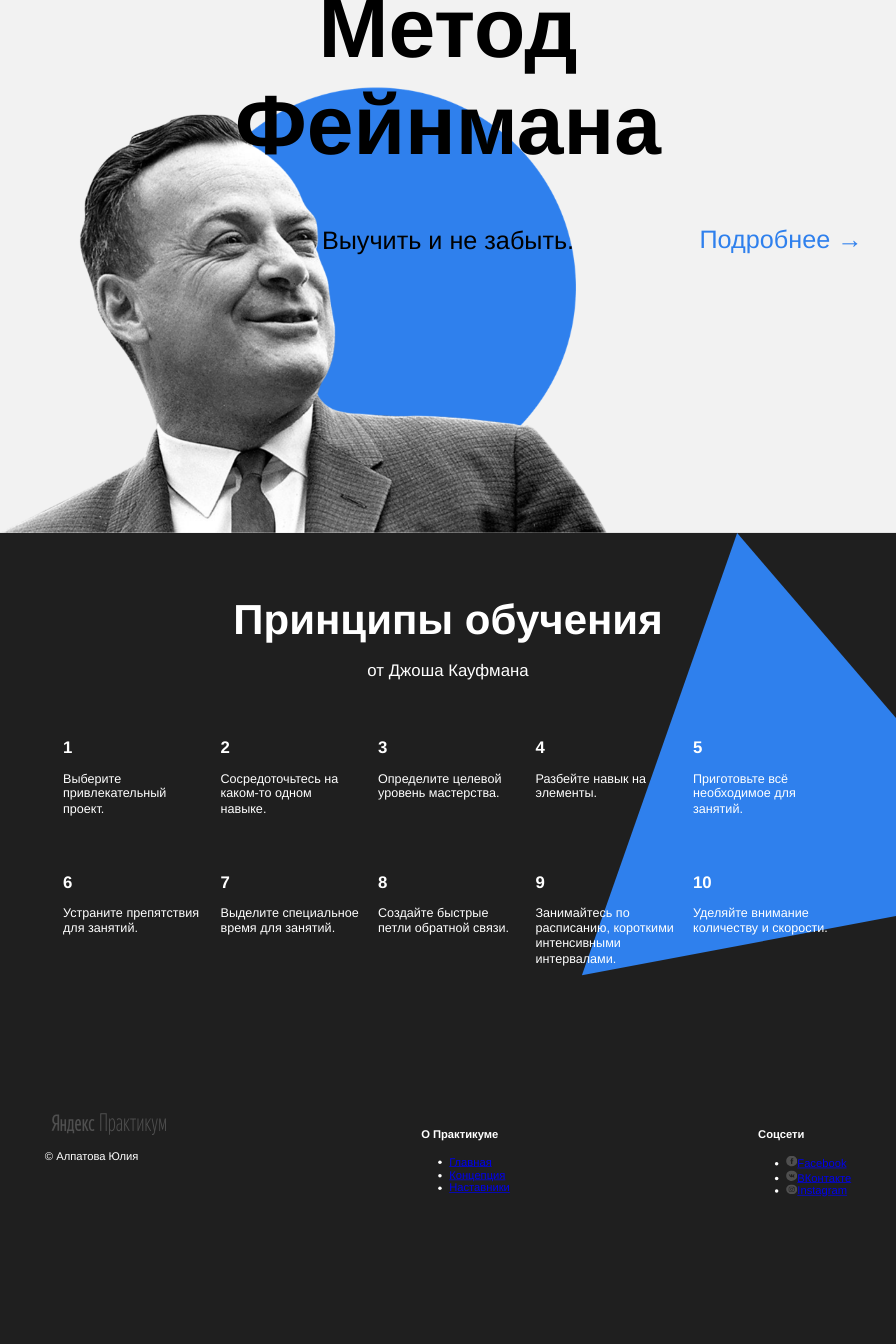
Repository: BlackMothy/how-to-learn
Page: index.html
An editor plug-in stored every save of this project. The page is shown before and after the next save, followed by the edit.
The browser window is 1280 px wide. The pictures show the part of the page from y = 2100 to 4020 px (the page is 4020 px tall), at 70% of full size.

Above is the page before, as saved 2021-11-05 23:59:50.

### index.html
<!DOCTYPE html>
<html lang="ru">

<head>
  <meta charset="UTF-8">
  <meta name="viewport" content="width=device-width, initial-scale=1.0">
  <link rel="stylesheet" type="text/css" href="styles/normalize.css">
  <link rel="stylesheet" type="text/css" href="styles/style.css">
  <title>Научиться учиться</title>
</head>

<body>
  <div class="page">
    <header class="header">

      <img class="logo logo_place_header" src="images/logo_place_header.svg" alt="Лого" title="Лого">


      <h1 class="header__title">
        Научиться учиться
      </h1>

      <div class="header__subtitle">
        Какие современные и эффективные подходы к обучению вы можете использовать в своей жизни? <a class="header__link"
          href="#">Узнать &#8594;</a>
      </div>

      <img class="header__main-illustration" src="images\header-image.png" alt="Картинка главная">

      <div class="header__square-pic"></div>

    </header>
    <main class="content">
      <section class="description">
        <div class="two-columns">
          <h2 class="two-columns__brief">Главные проблемы в обучении</h2>

          <div class="two-columns__main-text">
            <div class="two-columns__paragraph">
              Ни в школе, ни в институте нас не учат тому, как правильно изучать материал. Мы готовимся к экзаменам и
              учим билеты. Мы тренируемся решать однообразные задачи, чтобы лучше сдать тест, но часто в итоге это не
              дает нам реального знания. Зубрежка быстро выветривается и не приносит пользы.
            </div>

            <div class="two-columns__paragraph">
              <span class="two-columns__span-accent">Вывод:</span> учиться тоже нужно уметь, но почему-то этому мало где
              учат. Что с этим делать?
            </div>

            <div class="two-columns__paragraph paragraph_position_last">
              Конкретные техники и упражнения помогают изменить подход к обучению, сделать его эффективным и
              захватывающим. Эти же техники применяются на примере обучения в Практикуме.
            </div>
          </div>
        </div>
      </section>

      <section class="digits">
        <h2 class="section-title">Цифры и факты</h2>

        <h3 class="section-subtitle">Про учёбу и мозг</h3>

        <ul class="table">
          <!-- Первая строка -->
          <li class="table__cell">
            <h4 class="table__heading">86 миллиардов</h4>
            <p class="table__text">
              Число нейронов в мозге человека
            </p>
          </li>

          <li class="table__cell">
            <h4 class="table__heading">2.1 миллиарда</h4>
            <p class="table__text">
              Число нуждающихся в повышении квалификации
            </p>
            <p class="table__text">
              Всемирный Банк, 2017
            </p>
          </li>

          <li class="table__cell">
            <h4 class="table__heading">1000 терабайт</h4>
            <p class="table__text">
              Объём памяти человека
            </p>
          </li>

          <li class="table__cell">
            <h4 class="table__heading">500 триллионов</h4>
            <p class="table__text">
              Число ответственных за обучение нервных синапсов у взрослого человека
            </p>
          </li>
          <!--  -->

          <!-- вторая строка -->
          <li class="table__cell">
            <h4 class="table__heading">420 миллионов</h4>
            <p class="table__text">
              Число взрослых людей моложе 25 лет, не имеющих образования для трудоустройства
            </p>
            <p class="table__text">
              Всемирный Банк, 2017
            </p>
          </li>

          <li class="table__cell">
            <h4 class="table__heading">17–20 лет</h4>
            <p class="table__text">
              Пик обучаемости
            </p>
          </li>

          <li class="table__cell">
            <h4 class="table__heading">1885 год</h4>
            <p class="table__text">
              Открытие кривой забывания
            </p>
          </li>

          <li class="table__cell">
            <h4 class="table__heading">1889 год</h4>
            <p class="table__text">
              Открытие условного рефлекса
            </p>
          </li>
          <!--  -->
        </ul>
      </section>

      <section class="feynman">
        <h2 class="feynman__title">Метод Фейнмана</h2>

        <h3 class="feynman__subtitle">Выучить и не забыть.</h3>

        <a class="feynman__link" href="#">Подробнее &#8594;</a>

        <img class="feynman__img" src="images/feynman.png" alt="Фейнман" title="Фейнман">
      </section>

      <section class="kaufman">
        <h2 class="section-title section-title__theme_dark">Принципы обучения</h2>

        <h3 class="section-subtitle section-subtitle__theme_dark">от Джоша Кауфмана</h3>

        <ul class="table table_theme_dark">
          <!-- Первая строка -->
          <li class="table__cell table__cell_theme_dark">
            <h4 class="table__heading table__heading_theme_dark">1</h4>
            <p class="table__text table__text_theme_dark">
              Выберите привлекательный проект.
            </p>
          </li>

          <li class="table__cell table__cell_theme_dark">
            <h4 class="table__heading table__heading_theme_dark">2</h4>
            <p class="table__text table__text_theme_dark">
              Сосредоточьтесь на каком-то одном навыке.
            </p>
          </li>

          <li class="table__cell table__cell_theme_dark">
            <h4 class="table__heading table__heading_theme_dark">3</h4>
            <p class="table__text table__text_theme_dark">
              Определите целевой уровень мастерства.
            </p>
          </li>

          <li class="table__cell table__cell_theme_dark">
            <h4 class="table__heading table__heading_theme_dark">4</h4>
            <p class="table__text table__text_theme_dark">
              Разбейте навык на элементы.
            </p>
          </li>

          <li class="table__cell table__cell_theme_dark">
            <h4 class="table__heading table__heading_theme_dark">5</h4>
            <p class="table__text table__text_theme_dark">
              Приготовьте всё необходимое для занятий.
            </p>
          </li>
          <!--  -->

          <!-- вторая строка -->
          <li class="table__cell table__cell_theme_dark">
            <h4 class="table__heading table__heading_theme_dark">6</h4>
            <p class="table__text table__text_theme_dark">
              Устраните препятствия для занятий.
            </p>
          </li>

          <li class="table__cell table__cell_theme_dark">
            <h4 class="table__heading table__heading_theme_dark">7</h4>
            <p class="table__text table__text_theme_dark">
              Выделите специальное время для занятий.
            </p>
          </li>

          <li class="table__cell table__cell_theme_dark">
            <h4 class="table__heading table__heading_theme_dark">8</h4>
            <p class="table__text table__text_theme_dark">
              Создайте быстрые петли обратной связи.
            </p>
          </li>

          <li class="table__cell table__cell_theme_dark">
            <h4 class="table__heading table__heading_theme_dark">9</h4>
            <p class="table__text table__text_theme_dark">
              Занимайтесь по расписанию, короткими интенсивными интервалами.
            </p>
          </li>

          <li class="table__cell table__cell_theme_dark">
            <h4 class="table__heading table__heading_theme_dark">10</h4>
            <p class="table__text table__text_theme_dark">
              Уделяйте внимание количеству и скорости.
            </p>
          </li>
          <!--  -->
        </ul>

        <img class="kaufman__triangle" src="images/kaufman-triangle.svg" alt="Треугольник" title="Треугольник">

      </section>
    </main>

    <footer class="footer">
      <div class="footer__columns">
        <div class="footer__column footer__column_content_copyright">
          <img class="logo logo_place_footer" src="images/logo_place_footer.svg" alt="Лого" title="Лого">

          <p class="footer__author">&copy; Алпатова Юлия</p>

        </div>

        <nav class="footer__column footer__column_content_info">
          <h4 class="footer__column-heading">О Практикуме</h4>

          <ul class="footer__column-links">
            <li><a href="#">Главная</a></li>
            <li><a href="#">Концепция</a></li>
            <li><a href="#">Наставники</a></li>
          </ul>
        </nav>

        <nav class="footer__column footer__column_content_social">
          <h4 class="footer__column-heading">Соцсети</h4>

          <ul class="footer__column-links">
            <li><a href="#"><img class="footer__social-icon" src="images/facebook_color_white.svg" alt="Иконка Facebook" title="Facebook">Facebook</a></li>

            <li><a href="#"><img class="footer__social-icon" src="images/vk_color_white.svg" alt="Иконка ВКонтакте" title="ВКонтакте">ВКонтакте</a></li>

            <li><a href="#"><img class="footer__social-icon" src="images/instagram_color_white.svg" alt="Иконка Instagram" title="Instagram">Instagram</a></li>
          </ul>
        </nav>
      </div>

    </footer>

  </div>
</body>

</html>

### styles/style.css
.page {
  min-width: 1100px;
  /* мы ещё не умеем делать мобильную версию сайта, */
  /* поэтому выше установлена минимальная ширина страницы */
  max-width: 1600px;
  /* выше установили ограничение по максимальной ширине */
  margin: 0 auto;
  /* выше для экранов больше 1600px отцентрировали весь контент */
  font-family: 'Helvetica Neue', Arial, sans-serif;

}

/* Стили хедера */
.header {
  height: 100vh;
  min-height: 600px;
  max-height: 756px;
  background-color: #f2f2f2;
  margin: 0;
  padding: 0;
  padding-left: 64px;
  display: flex;
  flex-direction: column;
  justify-content: center;
  position: relative;
  overflow: hidden;
}

.logo {
  width: 183px;
  height: 32px;
}

.logo_place_header {
  position: absolute;
  top: 30px;
  z-index: 2;
}

.header__title {
  width: 730px;
  z-index: 2;
  line-height: 96px;
  font-size: 102px;
  font-weight: 600;
  margin: 0;
}

.header__subtitle {
  width: 388px;
  position: absolute;
  bottom: 30px;
  z-index: 2;
  line-height: 25px;
  font-size: 18px;
  font-weight: 400;
}

.header__link, .feynman__link {
  color: #2f80ed;
  text-decoration: none;
}

.header__main-illustration {
  width: 765px;
  height: 608px;
  position: absolute;
  right: 0;
  bottom: 0;
  z-index: 1;
}

.header__square-pic {
  height: 568px;
  width: 568px;
  background-color: #2f80ed;
  position: absolute;
  right: 0;
  top: 64px;

}
/* Стили хедера */

/* Стили двух колонок */
.two-columns {
  margin: 100px auto;
  width: 80%;
  display: flex;
  flex-direction: row;
  justify-content: space-between;
}

.two-columns__brief {
  width: 175px;
  margin: 0;
  line-height: 1.2;
  font-size: 18px;
  font-weight: 400;
  color: #2f80ed;
}

.two-columns__main-text {
  width: 80%;
  min-width: 784px;
}

.two-columns__paragraph {
  margin: 0 0 30px;
  line-height: 34px;
  font-size: 24px;
  font-weight: 400;
}

.two-columns__span-accent {
  line-height: 34px;
  font-size: 24px;
  font-weight: 600;
}

.paragraph_position_last {
  margin: 0;
}
/* Стили двух колонок */

/* Стили секции */

.digits {
  padding-bottom: 100px;
}

.section-title {
  width: 60%;
  text-align: center;
  line-height: 1.15;
  font-size: 60px;
  font-weight: 600;
  margin: 0 auto;
}

.section-subtitle {
  width: 60%;
  text-align: center;
  margin: 20px auto 0;
  line-height: 34px;
  font-size: 24px;
  font-weight: 400;
}

.table {
  display: flex;
  flex-wrap: wrap;
  width: 1100px;
  justify-content: space-between;
  padding: 0;
  margin: 0 auto;
}

.table__cell {
  margin: 60px 0 0;
  width: 250px;
  list-style: none;
}

.table__heading {
  margin: 0;
  line-height: 1.15;
  font-size: 24px;
  font-weight: 600;
}

.table__text {
  margin: 20px 0 0;
  line-height: 1.2;
  font-size: 18px;
  font-weight: 400;
}
/* Стили секции */

/* Стили Фейнмана */
.feynman {
  background-color: #f2f2f2;
  display: flex;
  position: relative;
  flex-direction: column;
  justify-content: flex-start;
  align-items: center;
  height: 890px;
}

.feynman__title {
  width: 648px;
  z-index: 1;
  line-height: 1.15;
  font-size: 120px;
  font-weight: 600;
  text-align: center;
  margin: 100px 0 70px;
}

.feynman__subtitle {
  z-index: 1;
  line-height: 51px;
  font-size: 36px;
  font-weight: 400;
  margin: 0;
}

.feynman__link {
  position: absolute;
  top: 50%;
  right: 48px;
  z-index: 1;
  line-height: 51px;
  font-size: 36px;
  font-weight: 400;
}

.feynman__img {
  position: absolute;
  left: 0;
  bottom: 0;
  width: 867px;
  height: 637px;

}
/* Стили Фейнмана */

/* Стили Кауфмана */
.kaufman {
  background-color: #1f1f1f;
  color: white;
  padding: 90px 0;
  position: relative;
  overflow: hidden;
  z-index: -2;
}

.table__cell_theme_dark {
  width: 200px;
  margin-right: 0;
  margin-top: 80px;
}

.kaufman__triangle {
  width: 877px;
  height: 887px;
  position: absolute;
  right: -210px;
  top: 0;
  z-index: -1;
}
/* Стили Кауфмана */

/* Стили футера */
.footer {
  min-height: 350px;
  color: white;
  background-color: #1f1f1f;
  padding: 60px 0 40px;
}

.footer__columns {
  margin: 60px auto 40px;
  width: 90%;
  display: flex;
  flex-direction: row;
  justify-content: space-between;
}



/* Стили футера */

Loaded but not shown: styles/normalize.css (library)

After the next save:
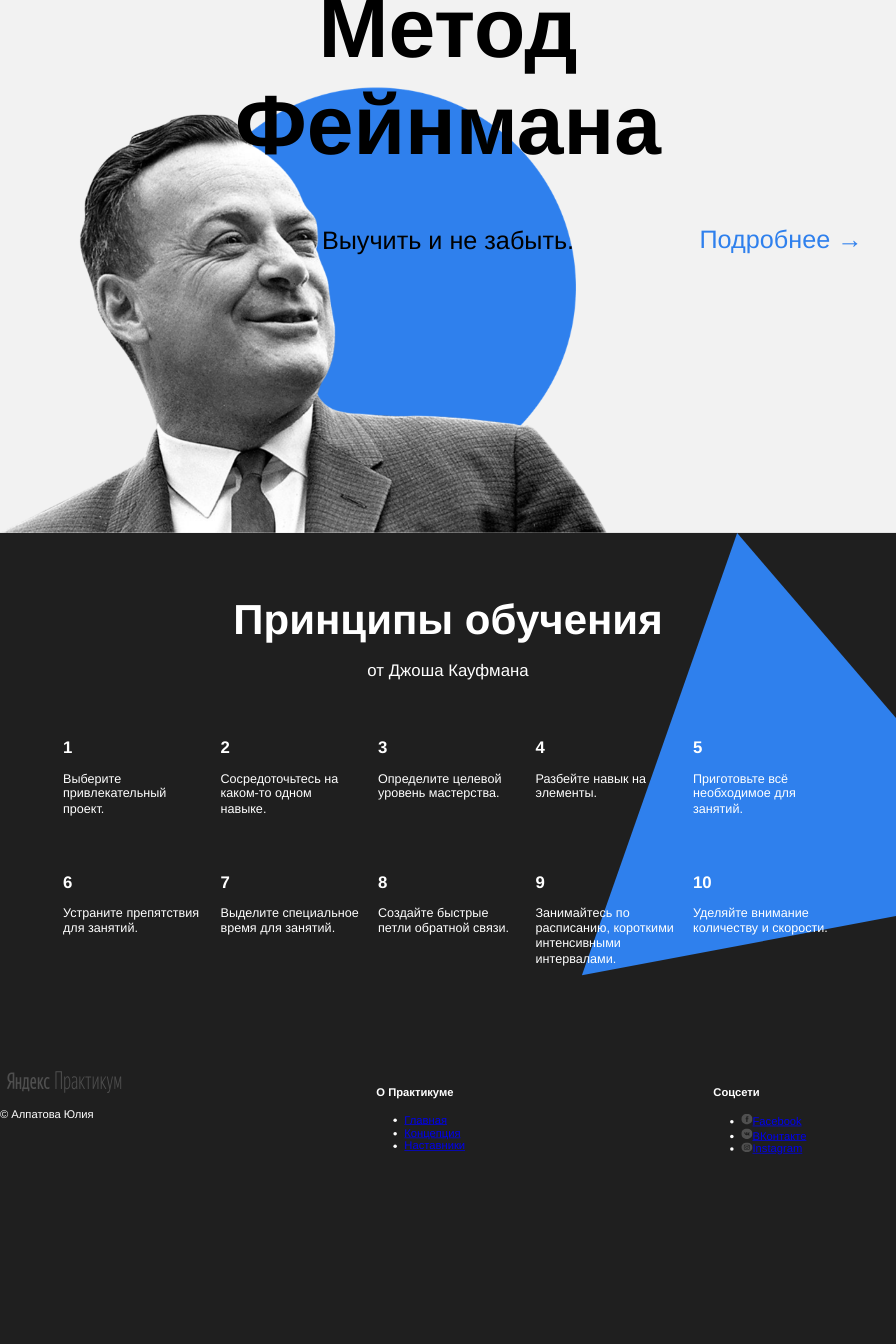
Saved 7 s later.
--- a/styles/style.css
+++ b/styles/style.css
@@ -260,7 +260,7 @@
 }
 
 .footer__columns {
-  margin: 60px auto 40px;
+  /* margin: 60px auto 40px; */
   width: 90%;
   display: flex;
   flex-direction: row;

After the save that followed:
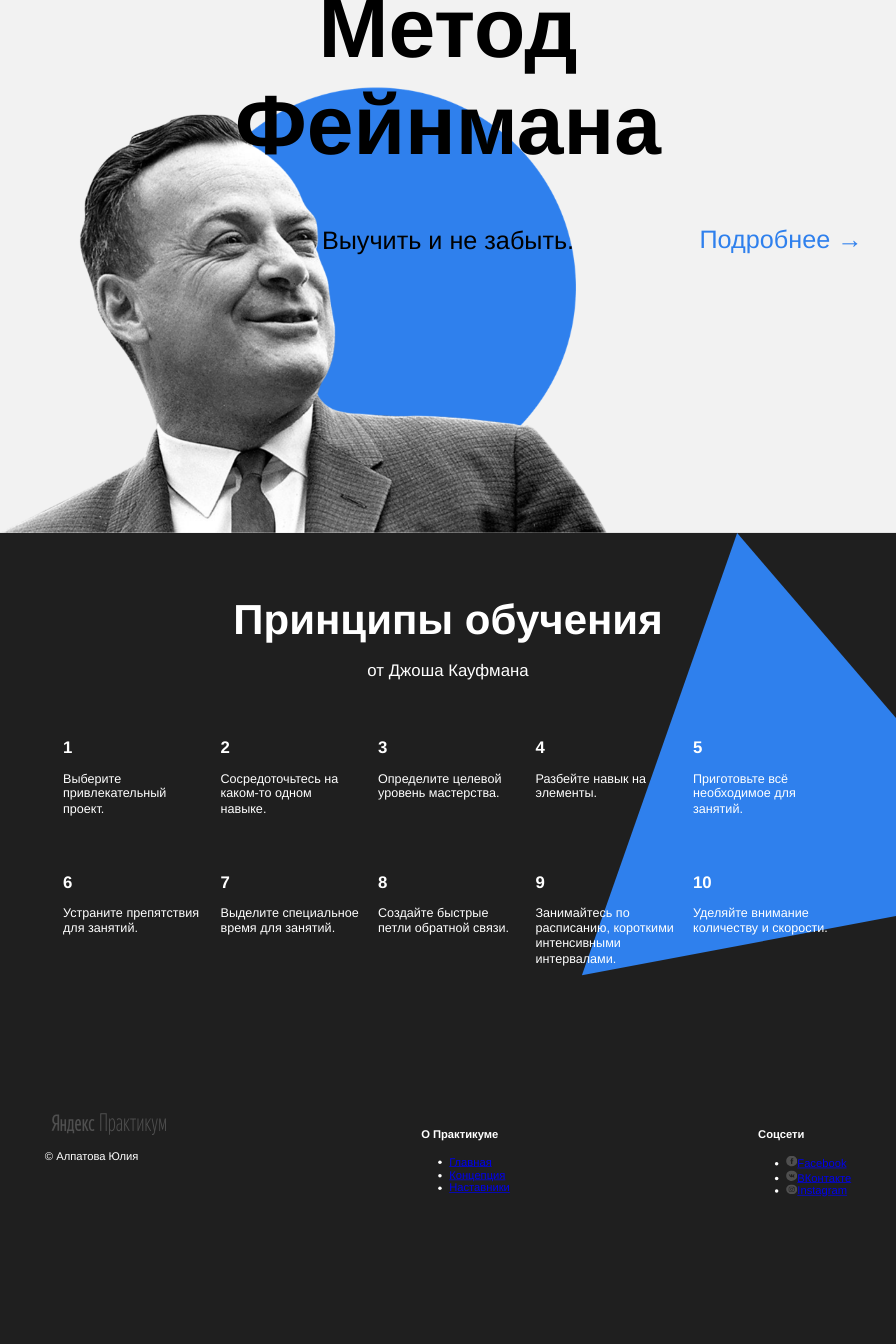
Saved 13 s later.
--- a/styles/style.css
+++ b/styles/style.css
@@ -260,7 +260,7 @@
 }
 
 .footer__columns {
-  /* margin: 60px auto 40px; */
+  margin: 60px auto 40px;
   width: 90%;
   display: flex;
   flex-direction: row;
